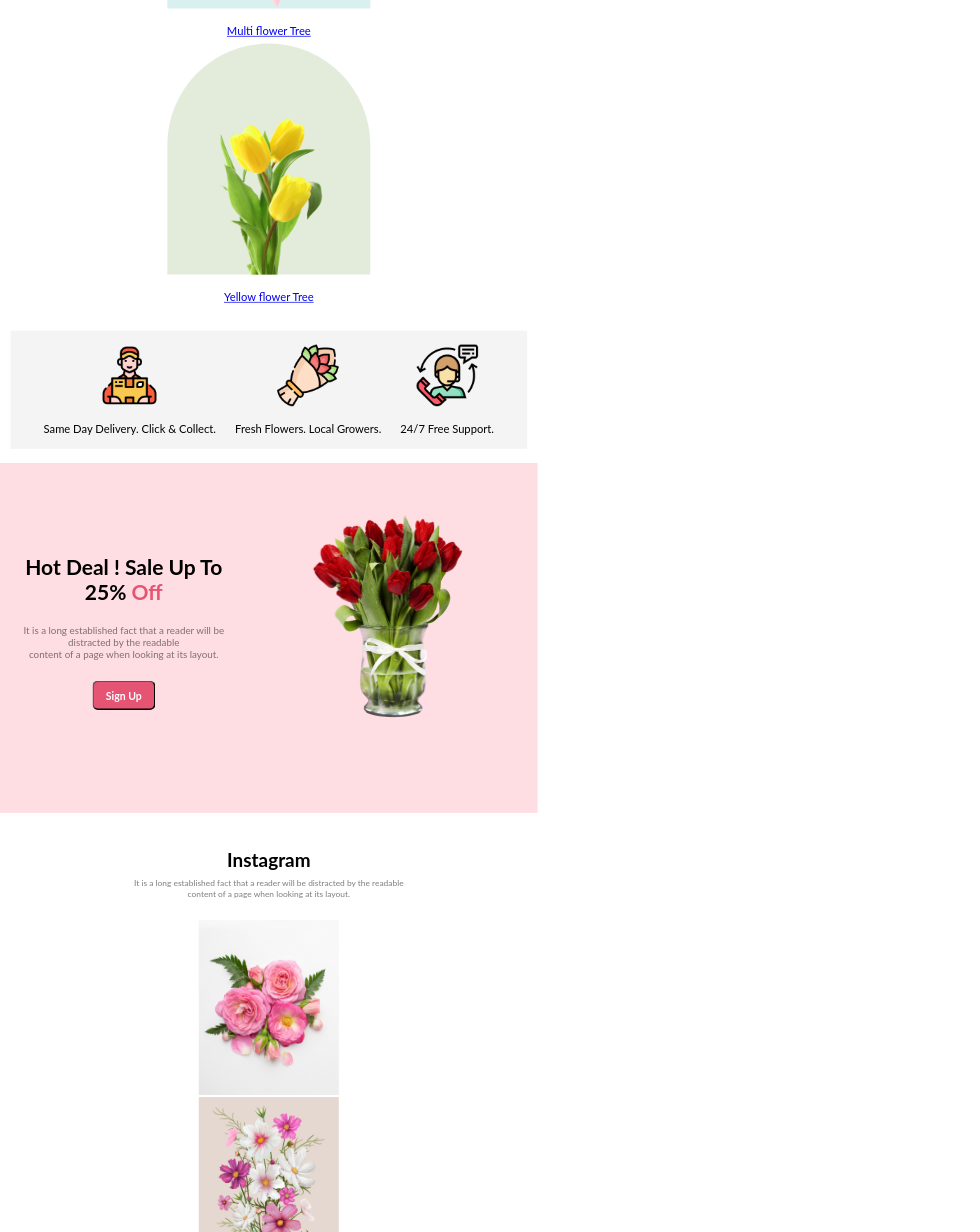
Repository: sadiaafsana138/Flower-Shop_Responsive
Page: index.html
These files come from the project's save history. The page is drawn as it stood at one moment and after the next save; the edit follows.
The browser window is 768 px wide. The page is 1400 px wide, so the pictures cover 1400 px, including what lies to the right of the window. The pictures show the part of the page from y = 1366 to 3126 px (the page is 4954 px tall), at 70% of full size.

Above is the page before, as saved 2023-09-07 05:52:21.

### index.html
<!DOCTYPE html>
<html lang="en">

<head>
    <meta charset="UTF-8">
    <meta name="viewport" content="width=device-width, initial-scale=1.0">
    <title>Flower Shop</title>
    <link rel="stylesheet" href="Flower.css">
</head>
<body>
    <header>
        <section class="Section1">
            <div>
                <div id="HeaderText1">
                    <h1>
                        Let's make<br>beautiful flowers<br>a part of your life.
                    </h1>
                </div>
                <div id="HeaderText2">
                    <p>
                        It is a long established fact that a reader will be distracted by the readable<br>content of a
                        page when looking at its layout. The point of using Lorem Ipsum is<br>that it has a more-or-less
                        normal distribution of letters.
                    </p>
                </div>
                <button class="Main_button">
                    Shop Now
                </button>
            </div>
            <div class="flowerBanner">
                <img src="Images/1.png" alt="Cover image" height="500px" width="400px">
            </div>
        </section>
    </header>
    <main>
        <section class="Section2">
            <div>
                <div id="Section_2_header1">
                    <h1>
                        Our Featured Flowers
                    </h1>
                </div>
                <div>
                    <p id="Section_2_header2">
                        It is a long established fact that a reader will be distracted by the readable<br>content of a
                        page when looking at its layout.
                    </p>
                </div>
            </div>
            <div class="Section_2_pictures">
                <div id="sec2_pic1">
                    <img src="Images/2.png" alt="" height="250px" width="180px">
                    <br>
                    <br>
                    <a href="https://flowersourcebd.com/" target="_blank">
                        Pink flower Tree
                    </a>
                </div>
                <div id="sec2_pic2">
                    <img src="Images/3.png" alt="" height="250px" width="230px">
                    <br>
                    <br>
                    <a href="https://flowersourcebd.com/" target="_blank">
                        Multi flower Tree
                    </a>
                </div>
                <div id="sec2_pic3">
                    <img src="Images/4.png" alt="" height="250px" width="180px">
                    <br>
                    <br>
                    <a href="https://flowersourcebd.com/" target="_blank">
                        Yellow flower Tree
                    </a>
                </div>
            </div>
        </section>
        <section class="Section3">
            <div class="Sec3_pic">
                <div>
                    <img src="Images/5.png" alt="">
                    <br>
                    <br>
                    <p>Same Day Delivery. Click & Collect.</p>
                </div>
                <div>
                    <img src="Images/6.png" alt="">
                    <br>
                    <br>
                    <p>Fresh Flowers. Local Growers.</p>
                </div>
                <div>
                    <img src="Images/7.png" alt="">
                    <br>
                    <br>
                    <p>24/7 Free Support.</p>
                </div>
            </div>
        </section>
        <section class="Section4">
            <div>
                <div id="Sec4_text1">
                    <h1>
                        Hot Deal ! Sale Up To 25% <span id="off_color">Off</span>
                    </h1>
                </div>
                <br>
                <div id="Sec4_text2">
                    <p>
                        It is a long established fact that a reader will be distracted by the readable<br>content of a page when looking at its layout.
                    </p>
                </div>
                <br>
                <button class="Main_button">
                    Sign Up
                </button>
            </div>
            <div id="sec4_vas">
                <img src="Images/8.png" alt="" height="380px" width="300px">
            </div>
        </section>
        <section class="Section5">
            <div>
                <div id="Section_2_header1">
                    <h1>
                        Instagram
                    </h1>
                </div>
                <div>
                    <p id="Section_2_header2">
                        It is a long established fact that a reader will be distracted by the readable<br>content of a
                        page when looking at its layout.
                    </p>
                </div>
            </div>
            <div class="Section_2_pictures">
                <div>
                    <img src="Images/9.png" alt="" height="250px" width="200px">
                </div>
                <div>
                    <img src="Images/10.png" alt="" height="250px" width="200px">
                </div>
                <div>
                    <img src="Images/11.png" alt="" height="250px" width="200px">
                </div>
                <div>
                    <img src="Images/12.png" alt="" height="250px" width="200px">
                </div>
            </div>
        </section>
        <section class="Section6">
            <div>
                <img src="Images/14.png" alt="" height="320px" width="700px">
                <br>
                <button class="ways">
                    See more
                </button>
            </div>
            <div>
                <img src="Images/15.png" alt="" height="320px" width="700px">
                <br>
                <input type="text" placeholder="Write your meessage here" size="50">
                <button class="message">
                    Submit
                </button>
            </div>
        </section>
        <section class="Section7">
            <div class="Sec7">
                <div id="Section_2_header1">
                    <h1>
                        Get The Latest Deals
                    </h1>
                </div>
                <div>
                    <p id="Section_2_header2">
                        $30 coupon for first shopping
                    </p>
                </div>
                <div>
                    <input type="email" placeholder="Input your Email Id here" size="50">
                <button class="message">
                    Subscribe
                </button>
                </div>
            </div>
        </section>
    </main>
    <footer>
        <section class="Section8">
            <div>
                <div id="Sec4_text1">
                    <h1>
                        <span id="off_color">Flower</span><span class="white_color">Shop</span>
                    </h1>
                </div>
                <br>
                <div id="Sec4_text2">
                    <p class="white_color">
                        It is a long established fact that a reader will be distracted by the readable<br>content of a page when looking at its layout.
                    </p>
                    <br>
                    <p id="assh">
                        @2020-2023, FlowerShop.com. All rights reserved
                    </p>
                </div>
            </div>
        </section>
    </footer>
</body>
</html>

### Flower.css
*{
    margin:0px;
    font-family: Lato;
    font-style: normal;
}
/*Section 1*/
.Section1{
    background-color: rgb(255, 222, 227);
    height:500px;
    width: 100%;
    display: flex;
    justify-content: space-around;
}
#HeaderText1{
    padding: 100px 70px 5px 100px;
    font-size:  25px;
    font-weight: 800;

}
#HeaderText2{
    padding: 10px 0px 5px 100px;
    font-size:  12px;
    font-weight: 400;
    color:rgba(39, 39, 39, 0.60);
}
.Main_button{
    border-radius: 8px;
    background: #E55473;
    color: #FFF;
    font-size: 15px;
    font-weight: 700;
    padding: 10px 17px;
    margin: 10px 0px 0px 100px;
}
/*Section 2*/
#Section_2_header1{
    padding: 50px 0px 10px 0px;
    font-size:  18px;
    font-weight: 800;
    text-align: center;
}
#Section_2_header2{
    font-size:  12px;
    font-weight: 400;
    color:rgba(39, 39, 39, 0.60);
    text-align: center;
}
.Section_2_pictures{
    margin: 30px 150px 0px;
    justify-content: space-around;
    display: flex;
}
#sec2_pic1{
    border-radius: 300px 300px 0px 0px;
    background: rgba(167, 33, 98, 0.15);
    height:250px ;
    width: 230px;
    padding: 80px 30px 0px 30px;
    text-align: center;
}
#sec2_pic2{
    border-radius: 300px 300px 0px 0px;
    background:rgba(5, 151, 160, 0.15);
    height: 250px;
    width: 230px;
    padding: 80px 30px 0px 30px;
    text-align: center;
}
#sec2_pic3{
    border-radius: 300px 300px 0px 0px;
    background: rgba(71, 125, 17, 0.15);
    height: 250px;
    width: 230px;
    padding: 80px 30px 0px 30px;
    text-align: center;

}
/*Section 3*/
.Sec3_pic{
    background: rgba(39, 39, 39, 0.05);
    margin: 100px 185px 0px;
    padding: 50px 0px 30px;
    justify-content: space-around;
    display: flex;
    text-align: center;
}
/* Section 4 */
.Section4{
    margin-top: 50px;
    background-color: rgb(255, 222, 227);
    height:500px;
    width: 100%;
    display: flex;
    justify-content: space-around;
    text-align: center;
}
#Sec4_text1{
    padding: 200px 70px 5px 170px;
    font-size:25px;
    font-weight: 800;
}
#Sec4_text2{
    padding: 10px 0px 0px 100px;
    font-size:  15px;
    font-weight: 400;
    color:rgba(39, 39, 39, 0.60);
}
#off_color{
    color: #E55473;
}
#sec4_vas{
    padding: 100px 120px ;
}
/*section 6 */
.Section6{
    margin-top: 50px;
    background-color: rgb(255, 222, 227);
    height:400px;
    width: 100%;
    display: flex;
    justify-content: space-around;
}
.message{
    border-radius: 8px;
    background: #E55473;
    color: #FFF;
    font-size: 15px;
    font-weight: 700;
    padding: 10px 25px;
    margin: 10px 0px 0px 10px;
}
.ways{
    border-radius: 8px;
    background: #E55473;
    color: #FFF;
    font-size: 15px;
    font-weight: 700;
    padding: 10px 30px;
    margin: 10px 250px ;
}
/*section 7*/
.Section7{
    background-image: url(Images/13.png);
    margin: 100px 185px 0px;
}
.Sec7{
    padding: 50px 0px 30px;
    text-align: center;
}
/*Section 8*/
.Section8{
    margin-top: 50px;
    background-color: rgb(0, 0, 0);
    height:400px;
    width: 100%;
    text-align: center;

}
.white_color{
    color: #FFF;
}
#assh{
    color: rgba(169, 169, 169, 0.589);
}




/*Responsive*/
/*Tab*/
@media screen and (min-width:768px) and (max-width:992px) {
    .Section1{
    height:505px;
    justify-content: space-evenly;
    }
    #HeaderText1{
        padding: 100px 10px 10px 10px;
    }
    #HeaderText2{
        padding: 10px;
    }
    .Main_button{
        margin: 10px 0px 0px 10px;
    }
    .flowerBanner img{
        max-width:100% ;
        height: auto;
    }
    .Section2{
        padding:10px;
    }
    .Section_2_pictures{
        margin: 30px 150px 0px;
        justify-content: space-evenly;
    }
    .Section4{
        margin-top: 20px;
        justify-content: space-evenly;
    }
    #Sec4_text1{
        padding: 130px 0px 5px 10px;
        font-size:20px;
    }
    #Sec4_text2{
        padding: 5px 0px 0px 10px;
        font-size:  14px;
    }
    #sec4_vas{
        padding: 70px 100px ;
    }

}







/*Mobile*/
@media screen and (max-width:768px) {
    .Section1{
        height:505px;
        justify-content: space-evenly;
        }
        #HeaderText1{
            padding: 100px 10px 10px 10px;
            font-size:  18px;
        }
        #HeaderText2{
            padding: 10px;
        }
        .Main_button{
            margin: 10px 0px 0px 10px;
        }
        .flowerBanner img{
            max-width:100% ;
            height: 450px;
        }
        .Section_2_pictures{

            align-items: center;
            flex-direction: column;

        }
        #sec2_pic1,#sec2_pic2,#sec2_pic3{
            margin-bottom:50px;
        }
        .Sec3_pic{
            margin: 20px 15px;
            padding: 20px;
            justify-content: space-evenly;
        }
        .Section4{
            margin-top: 20px;
            justify-content: space-evenly;
        }
        #Sec4_text1{
            padding: 130px 0px 5px 10px;
            font-size:20px;
        }
        #Sec4_text2{
            padding: 5px 0px 0px 10px;
            font-size:  14px;
        }
        #sec4_vas{
            padding: 70px 100px ;
        }
        #sec4_vas img{
            max-width:100% ;
            height: 300px;
        }
}

After the next save:
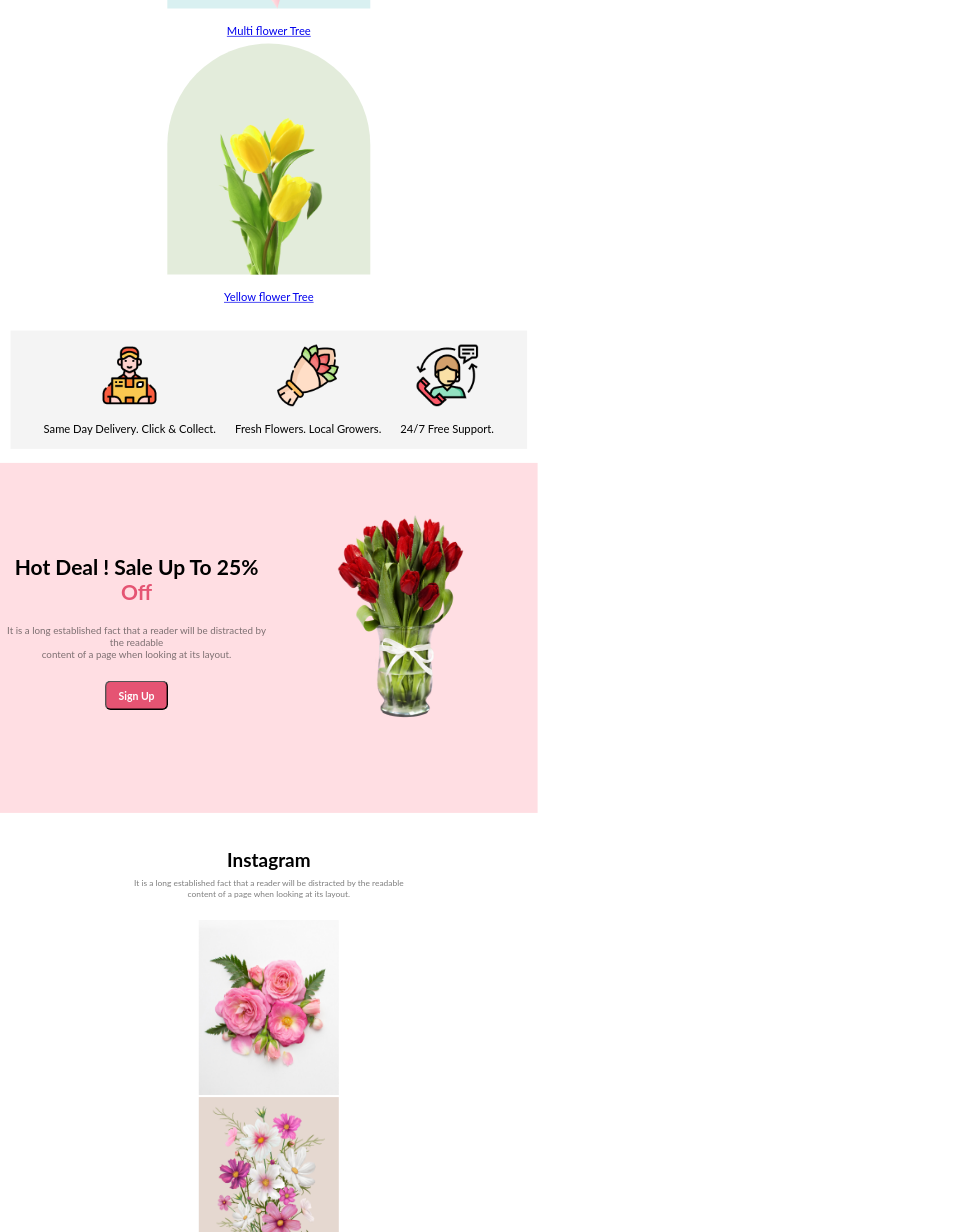
Saved 13 s later.
--- a/Flower.css
+++ b/Flower.css
@@ -267,7 +267,7 @@
             padding: 70px 100px ;
         }
         #sec4_vas img{
-            max-width:100% ;
+            width:100% ;
             height: 300px;
         }
 }
